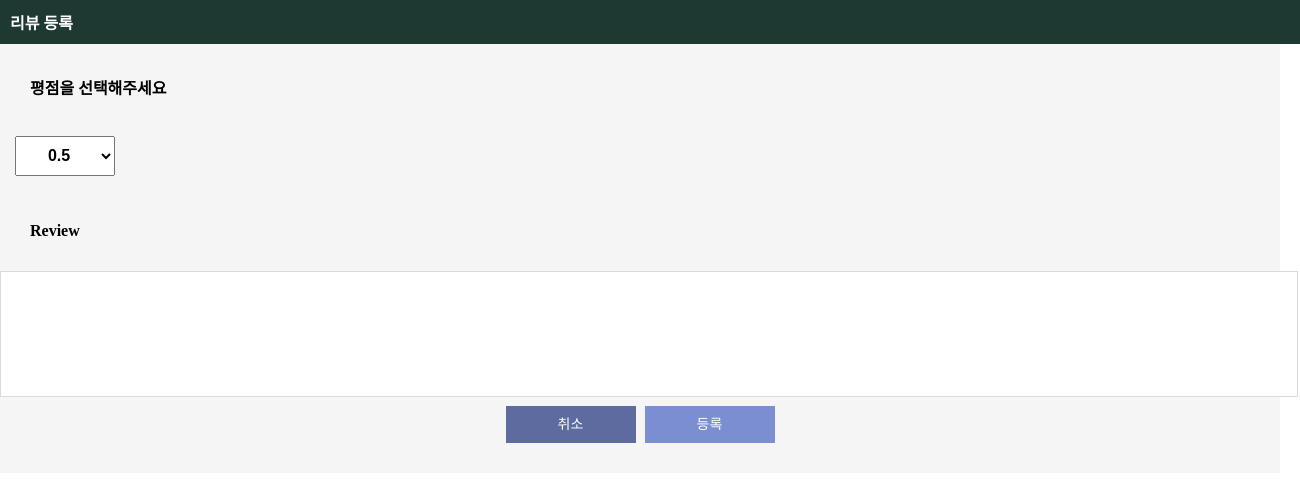
Repository: KimYoungHwans/Yproject
Page: http://localhost/Yproject/WEB-INF/views/replyEnroll.jsp
The author's editor kept a copy of each file at every save. The page is drawn from the files as they stood at one save, then again after the next save.
The browser window is 1280 px wide. The page is 1300 px wide, so the pictures cover 1300 px, including what lies to the right of the window. The pictures show the whole page.
The page is served by Tomcat 9. Nobody is signed in. The template is opened directly, without the code that normally fills it, so the values that code supplies are empty.

Above is the page before, as saved 2023-01-18 07:10:53.

After the next save:
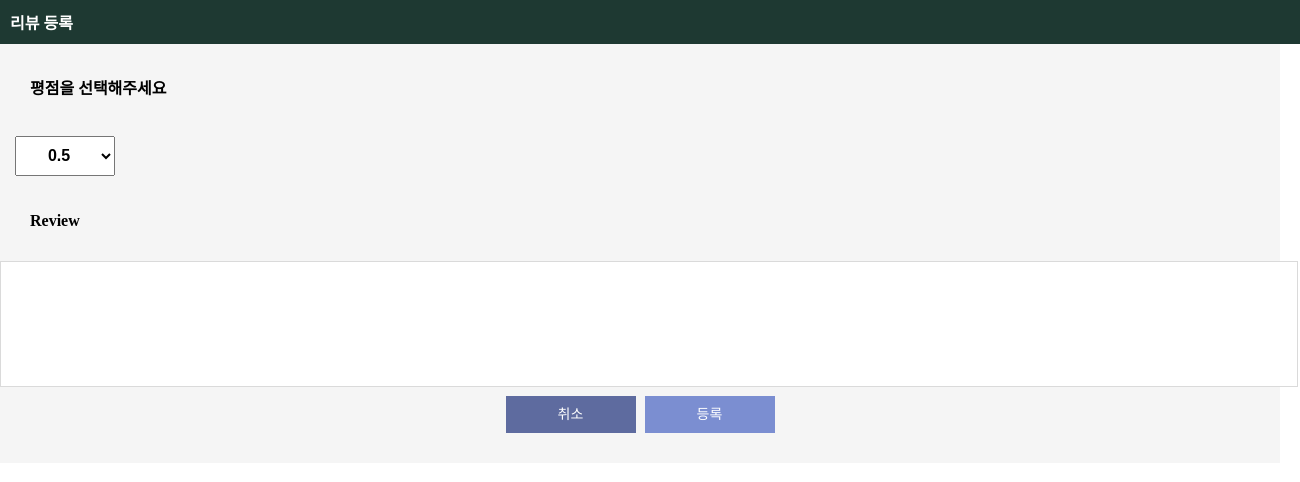
Saved 27 s later.
--- a/workspace/Yproject/src/main/webapp/WEB-INF/views/replyEnroll.jsp
+++ b/workspace/Yproject/src/main/webapp/WEB-INF/views/replyEnroll.jsp
@@ -83,7 +83,7 @@
   	}
   	/* 리뷰 작성 영역 */
   	.content_div{
-  		padding-top: 10px;
+
   	}
   	.content_div h4{
   		margin-left : 30px;
